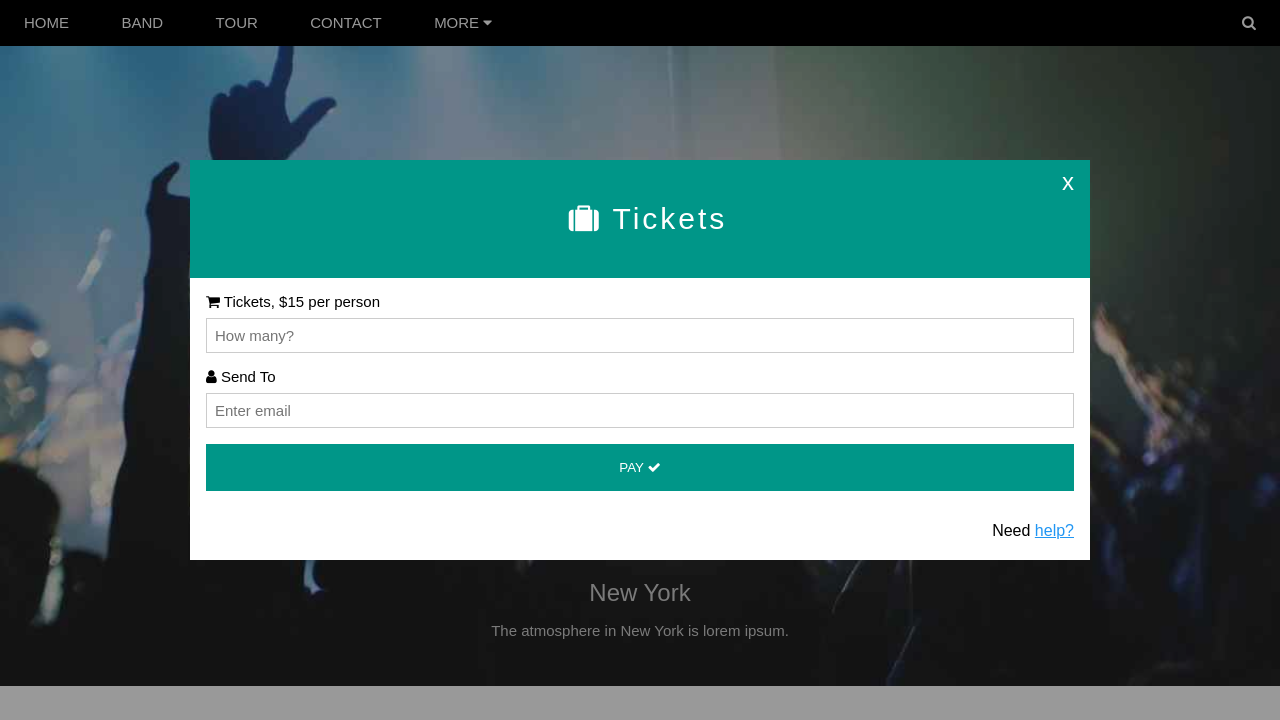
Repository: nguyenhoang2002062929/band
Page: index.html
The author's editor kept a copy of each file at every save. The page is drawn from the files as they stood at one save, then again after a run of saves.
The browser window is 1280 px wide. The pictures show the window.
A layer covers the whole window, so only the first screen is drawn.

Above is the page before, as saved 2023-06-06 11:04:08.

After the next 2 saves:
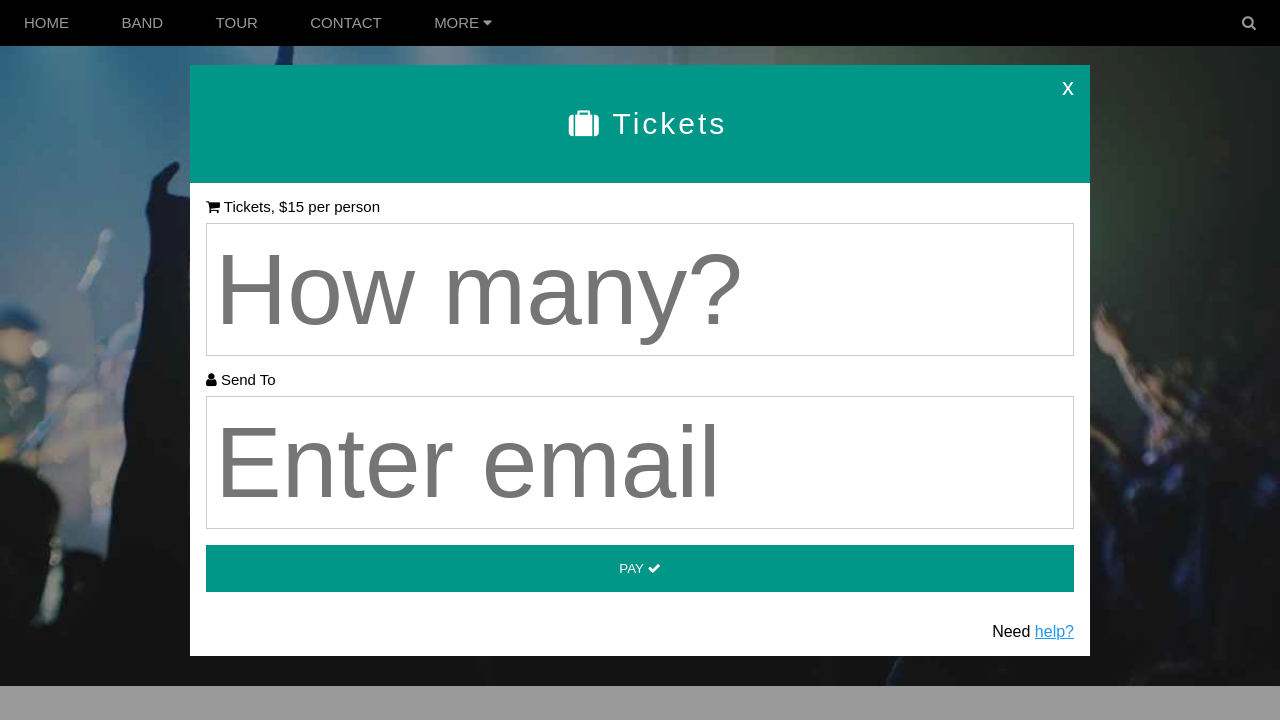
The 2 saves are shown as one change because they came seconds apart.
The last was saved 15 s later.
--- a/assets/css/style.css
+++ b/assets/css/style.css
@@ -290,7 +290,7 @@
     padding: 8px;
     border: 1px solid #ccc;
     display: block;
-    font-size: 15px;
+    font-size: 100px;
 }
 .modal button{
     display: block;

After the save that followed:
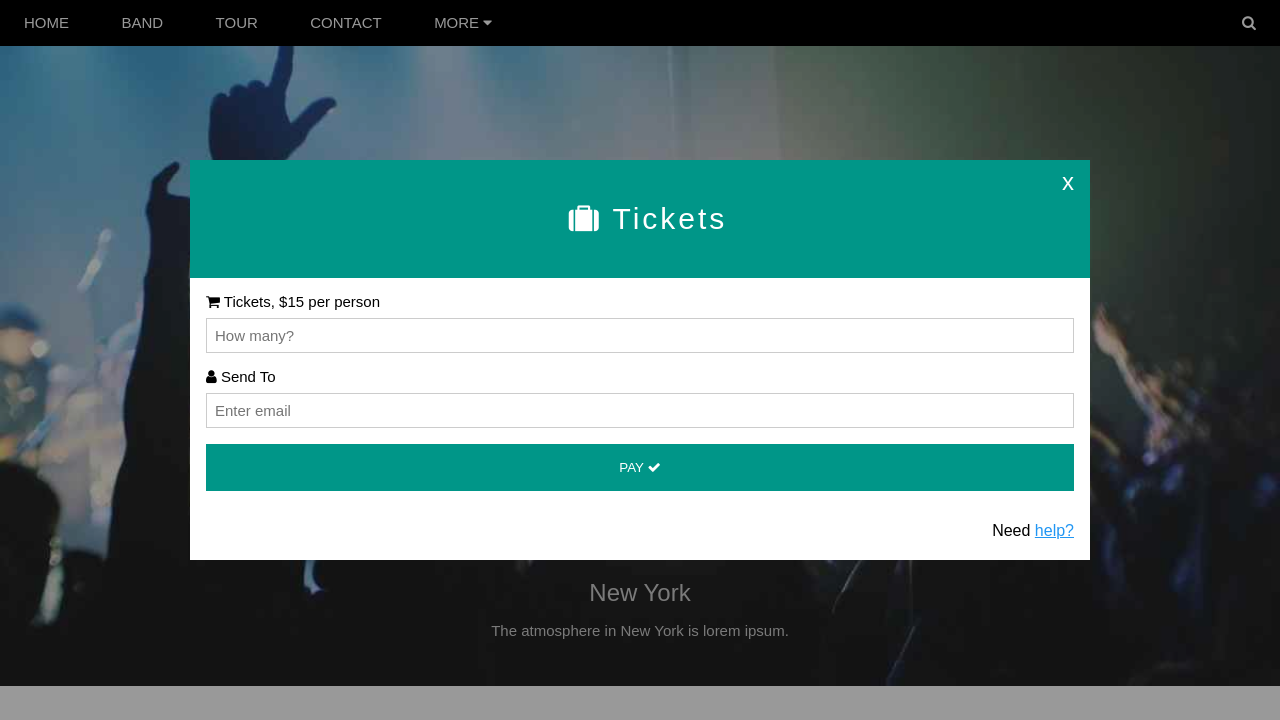
Saved 7 s later.
--- a/assets/css/style.css
+++ b/assets/css/style.css
@@ -290,7 +290,7 @@
     padding: 8px;
     border: 1px solid #ccc;
     display: block;
-    font-size: 100px;
+    font-size: 15px;
 }
 .modal button{
     display: block;
